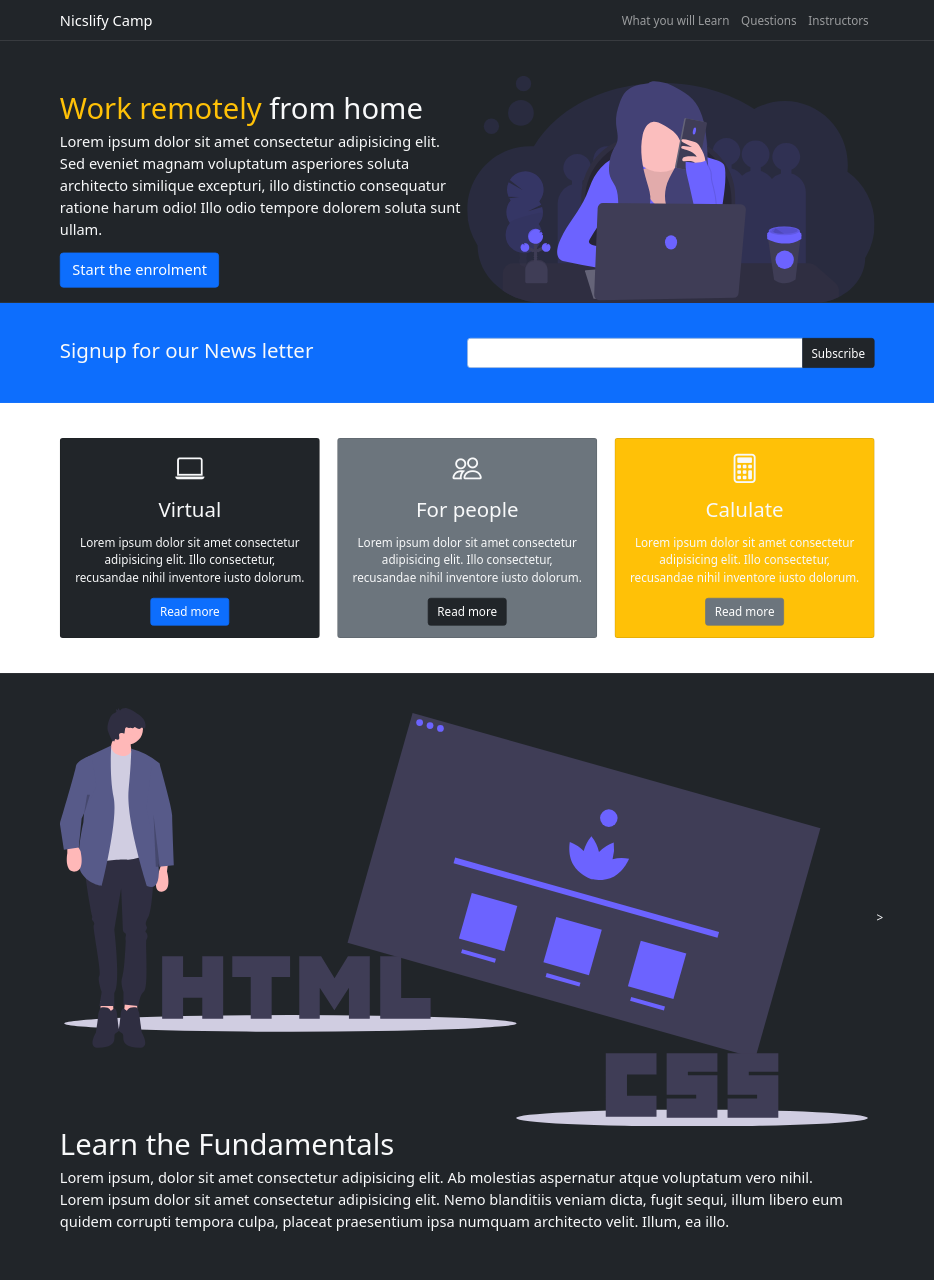
Repository: Eugene44-hub/enrollment-site
Page: index.html
An editor plug-in stored every save of this project. The page is shown before and after the next save, followed by the edit.
The browser window is 1280 px wide. The pictures show the whole page, at 73% of full size.
Some web libraries are served in a nearby version.

Above is the page before, as saved 2021-10-20 10:50:57.

### index.html
<!DOCTYPE html>
<html lang="en">

<head>
    <meta charset="UTF-8">
    <meta http-equiv="X-UA-Compatible" content="IE=edge">
    <meta name="viewport" content="width=device-width, initial-scale=1.0">
    <!-- CSS only -->
    <link href="https://cdn.jsdelivr.net/npm/bootstrap@5.1.3/dist/css/bootstrap.min.css" rel="stylesheet" integrity="sha384-1BmE4kWBq78iYhFldvKuhfTAU6auU8tT94WrHftjDbrCEXSU1oBoqyl2QvZ6jIW3" crossorigin="anonymous">
    <link rel="stylesheet" href="https://cdn.jsdelivr.net/npm/bootstrap-icons@1.6.1/font/bootstrap-icons.css">
    <link rel="stylesheet" href="style.css">
    <title>Bootstrap webpage</title>
</head>

<body>
    <!-- nav bar starts -->
    <nav class="navbar navbar-expand-md bg-dark navbar-dark">
        <div class="container">
            <a href="" class="navbar-brand">Nicslify Camp</a>

            <button class="navbar-toggler" type="button" data-bs-toggle='collapse' data-bs-target="#navmenu">
              <span class="navbar-toggler-icon"></span>
            </button>

            <div class="collapse navbar-collapse" id="navmenu">
                <ul class="navbar-nav ms-auto text-center text-sm-start">
                    <li class="nav-item">
                        <a href="#" class="nav-link">What you will Learn</a>
                    </li>
                    <li class="nav-item">
                        <a href="#" class="nav-link">Questions</a>
                    </li>
                    <li class="nav-item">
                        <a href="#" class="nav-link">Instructors</a>
                    </li>
                </ul>
            </div>
        </div>
    </nav>
    <!-- nav bar ends -->


    <!-- showCase starts -->
    <section class="bg-dark text-light text-center text-sm-start p-lg-0 pt-5 pb-5">
        <div class="container">
            <div class="d-md-flex pt-5 align-items-center">
                <div class="">
                    <div class="h1 "><span class="text-warning">Work remotely</span> from home</div>
                    <p class="lead">Lorem ipsum dolor sit amet consectetur adipisicing elit. Sed eveniet magnam voluptatum asperiores soluta architecto similique excepturi, illo distinctio consequatur ratione harum odio! Illo odio tempore dolorem soluta sunt ullam.</p>
                    <button class="btn btn-primary btn-lg ">Start the enrolment</button>
                </div>
                <img src="undraw_working_remotely_jh40.svg" class="image-fluid w-50 d-none d-md-block" alt="">
            </div>
        </div>
    </section>
    <!-- showCase ends -->

    <!-- signup starts -->
    <section class="bg-primary text-light p-5">
        <div class="container">
            <div class="d-md-flex justify-content-between">
                <p class="h3">Signup for our News letter</p>
                <div class="input-group" id="input-field">
                    <input type="text" class="form-control">
                    <button type="button" class="btn btn-dark">Subscribe</button>
                </div>
            </div>
        </div>
    </section>
    <!-- signup ends -->

    <!-- boxes starts -->
    <section class="my-5">
        <div class="container">
            <div class="row g-4">
                <div class="col-md">
                    <div class="card bg-dark text-center text-light ">
                        <div class="card-body">
                            <div class="h1 mb-3"><i class="bi bi-laptop"></i></div>
                            <div class="card-title h3 mb-3">Virtual</div>
                            <div class="card-text">
                                Lorem ipsum dolor sit amet consectetur adipisicing elit. Illo consectetur, recusandae nihil inventore iusto dolorum.
                            </div>
                            <a href="" class="btn btn-primary mt-3">Read more</a>
                        </div>
                    </div>


                </div>
                <div class="col-md">
                    <div class="card bg-secondary text-center text-light ">
                        <div class="card-body">
                            <div class="h1 mb-3"><i class="bi bi-people"></i></div>
                            <div class="card-title h3 mb-3">For people</div>
                            <div class="card-text">
                                Lorem ipsum dolor sit amet consectetur adipisicing elit. Illo consectetur, recusandae nihil inventore iusto dolorum.
                            </div>
                            <a href="" class="btn btn-dark mt-3">Read more</a>
                        </div>
                    </div>
                </div>
                <div class="col-md">
                    <div class="card bg-warning text-center text-light ">
                        <div class="card-body">
                            <div class="h1 mb-3"><i class="bi bi-calculator"></i></div>
                            <div class="card-title h3 mb-3">Calulate</div>
                            <div class="card-text">
                                Lorem ipsum dolor sit amet consectetur adipisicing elit. Illo consectetur, recusandae nihil inventore iusto dolorum.
                            </div>
                            <a href="" class="btn btn-secondary mt-3">Read more</a>
                        </div>
                    </div>
                </div>
            </div>
        </div>
    </section>
    <!-- boxes starts -->

    <!-- learn section starts -->
    <section class="bg-dark p-5 text-light ">
        <div class="container">
            <div class="row align-items-center">

                <div></div><img src="frontend.svg" class="image-fluid w-50 col-md m-auto" alt=" ">></div>



            <div class="col-md mt-5 mt-md-0">
                <h1>Learn the Fundamentals</h1>
                <p class="lead">
                    Lorem ipsum, dolor sit amet consectetur adipisicing elit. Ab molestias aspernatur atque voluptatum vero nihil. <br> Lorem ipsum dolor sit amet consectetur adipisicing elit. Nemo blanditiis veniam dicta, fugit sequi, illum libero eum
                    quidem corrupti tempora culpa, placeat praesentium ipsa numquam architecto velit. Illum, ea illo.
                </p>

            </div>
        </div>
        </div>
    </section>
    <!-- learn section ends -->
</body>
<!-- JavaScript Bundle with Popper -->
<script src="https://cdn.jsdelivr.net/npm/bootstrap@5.1.3/dist/js/bootstrap.bundle.min.js " integrity="sha384-ka7Sk0Gln4gmtz2MlQnikT1wXgYsOg+OMhuP+IlRH9sENBO0LRn5q+8nbTov4+1p " crossorigin="anonymous "></script>

</html>

### style.css
@media screen and (min-width:768px) {
    #input-field {
        width: 50%;
    }
}

After the next save:
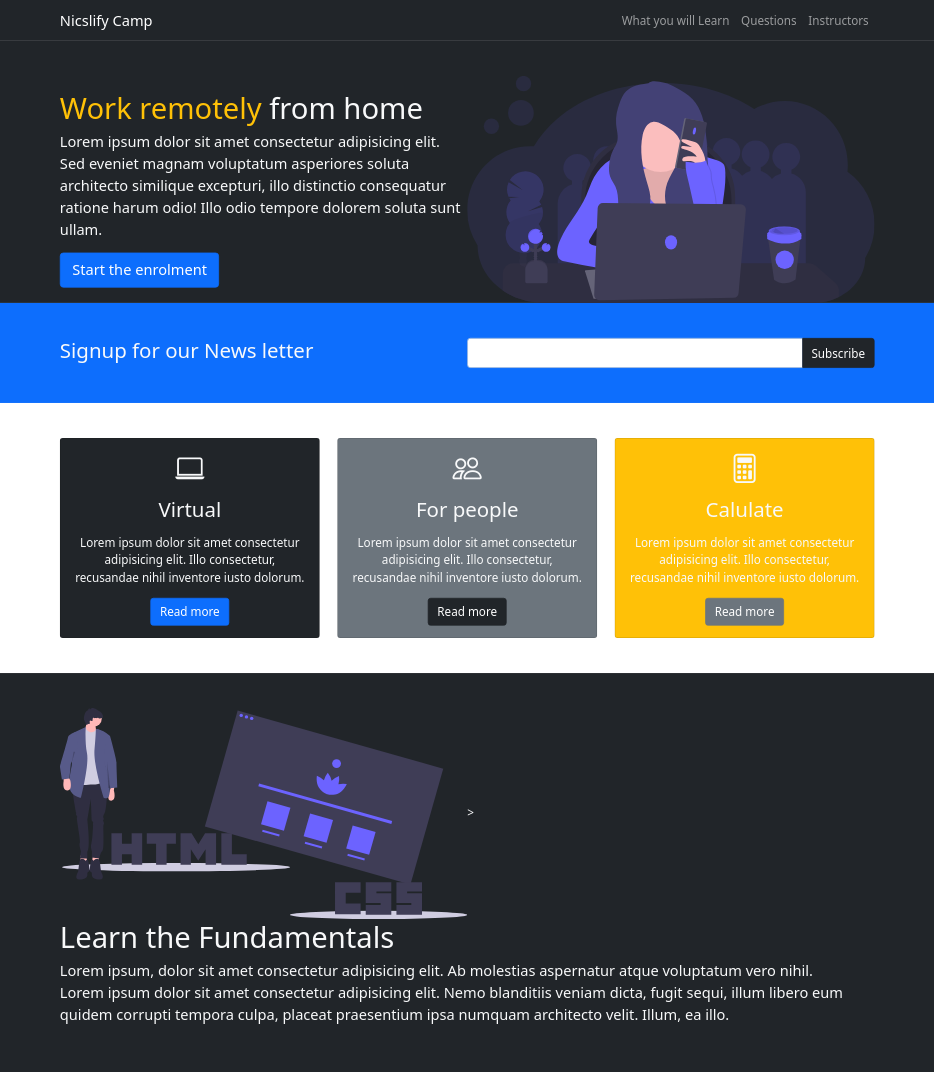
Saved 5 s later.
--- a/index.html
+++ b/index.html
@@ -121,19 +121,19 @@
         <div class="container">
             <div class="row align-items-center">
 
-                <div></div><img src="frontend.svg" class="image-fluid w-50 col-md m-auto" alt=" ">></div>
+                <div><img src="frontend.svg" class="image-fluid w-50 col-md m-auto" alt=" ">></div>
 
 
 
-            <div class="col-md mt-5 mt-md-0">
-                <h1>Learn the Fundamentals</h1>
-                <p class="lead">
-                    Lorem ipsum, dolor sit amet consectetur adipisicing elit. Ab molestias aspernatur atque voluptatum vero nihil. <br> Lorem ipsum dolor sit amet consectetur adipisicing elit. Nemo blanditiis veniam dicta, fugit sequi, illum libero eum
-                    quidem corrupti tempora culpa, placeat praesentium ipsa numquam architecto velit. Illum, ea illo.
-                </p>
+                <div class="col-md mt-5 mt-md-0">
+                    <h1>Learn the Fundamentals</h1>
+                    <p class="lead">
+                        Lorem ipsum, dolor sit amet consectetur adipisicing elit. Ab molestias aspernatur atque voluptatum vero nihil. <br> Lorem ipsum dolor sit amet consectetur adipisicing elit. Nemo blanditiis veniam dicta, fugit sequi, illum libero
+                        eum quidem corrupti tempora culpa, placeat praesentium ipsa numquam architecto velit. Illum, ea illo.
+                    </p>
 
+                </div>
             </div>
-        </div>
         </div>
     </section>
     <!-- learn section ends -->
